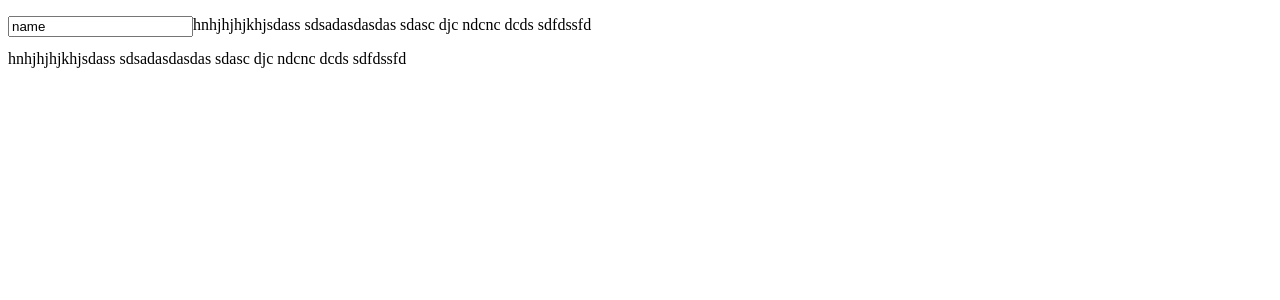
Repository: umangtalpara/ajax
Page: html.html
The author's editor kept a copy of each file at every save. The page is drawn from the files as they stood at one save, then again after a run of saves.
The browser window is 1280 px wide. The pictures show the whole page.

Above is the page before, as saved 2021-07-08 10:09:49.

### html.html
<!DOCTYPE html>
<html lang="en">

<head>
    <meta charset="UTF-8">
    <meta http-equiv="X-UA-Compatible" content="IE=edge">
    <meta name="viewport" content="width=device-width, initial-scale=1.0">
    <title>Document</title>


</head>

<body>
    <div>
        <input style="float: left" type="text" id="name" value="name" />
        <p style=""> hnhjhjhjkhjsdass sdsadasdasdas sdasc djc ndcnc dcds sdfdssfd</p>
        <p style="float: ;"> hnhjhjhjkhjsdass sdsadasdasdas sdasc djc ndcnc dcds sdfdssfd</p>

    </div>

</body>

</html>

After the next 2 saves:
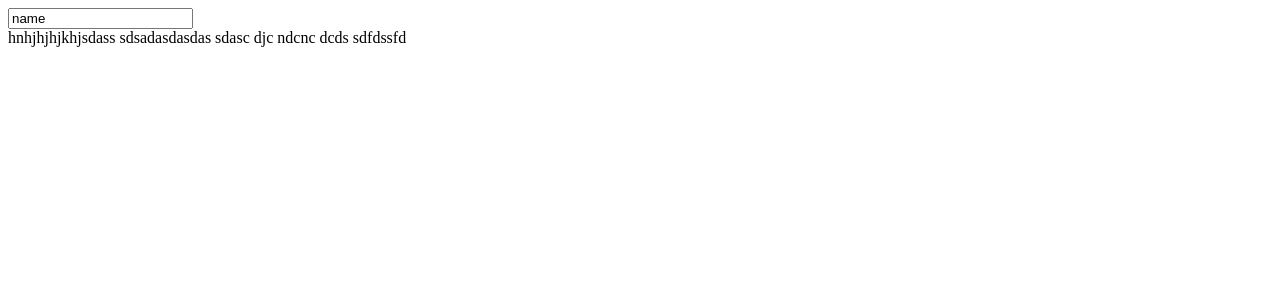
The 2 saves are shown as one change because they came seconds apart.
The last was saved 8 s later.
--- a/html.html
+++ b/html.html
@@ -13,9 +13,7 @@
 <body>
     <div>
         <input style="float: left" type="text" id="name" value="name" />
-        <p style=""> hnhjhjhjkhjsdass sdsadasdasdas sdasc djc ndcnc dcds sdfdssfd</p>
-        <p style="float: ;"> hnhjhjhjkhjsdass sdsadasdasdas sdasc djc ndcnc dcds sdfdssfd</p>
-
+        <p style="clear:both;"> hnhjhjhjkhjsdass sdsadasdasdas sdasc djc ndcnc dcds sdfdssfd</p>
     </div>
 
 </body>
